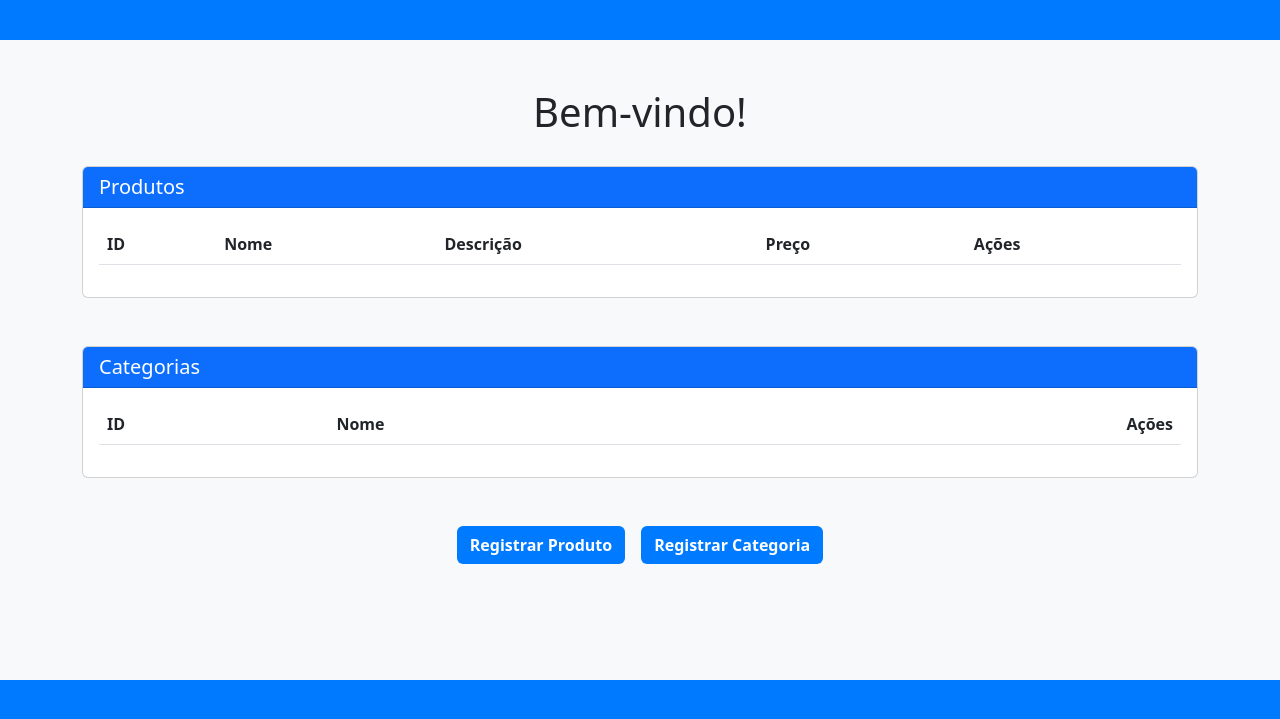
Repository: Gugalzg/sistema-cadastro
Page: http://localhost/index
An editor plug-in stored every save of this project. The page is shown before and after the next save, followed by the edit.
The browser window is 1280 px wide. The pictures show the whole page.
The page is this project's Thymeleaf template; nobody is signed in. The template is opened directly, without the code that normally fills it, so the values that code supplies are empty.

Above is the page before, as saved 2025-01-02 13:24:58.

After the next save:
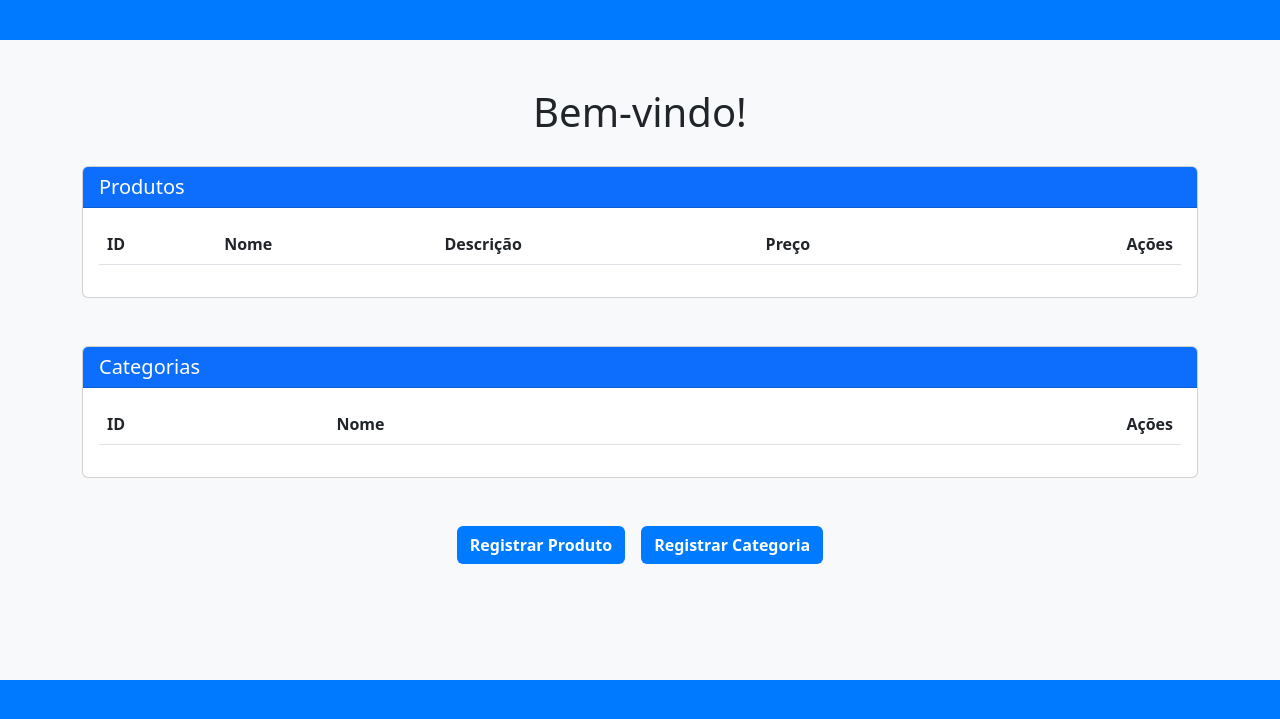
Saved 61 s later.
--- a/demo/src/main/resources/templates/index.html
+++ b/demo/src/main/resources/templates/index.html
@@ -71,7 +71,7 @@
                                 <th>Nome</th>
                                 <th>Descrição</th>
                                 <th>Preço</th>
-                                <th>Ações</th>
+								<th class="text-end">Ações</th> <!-- Classe adicionada aqui -->
                             </tr>
                         </thead>
                         <tbody>
